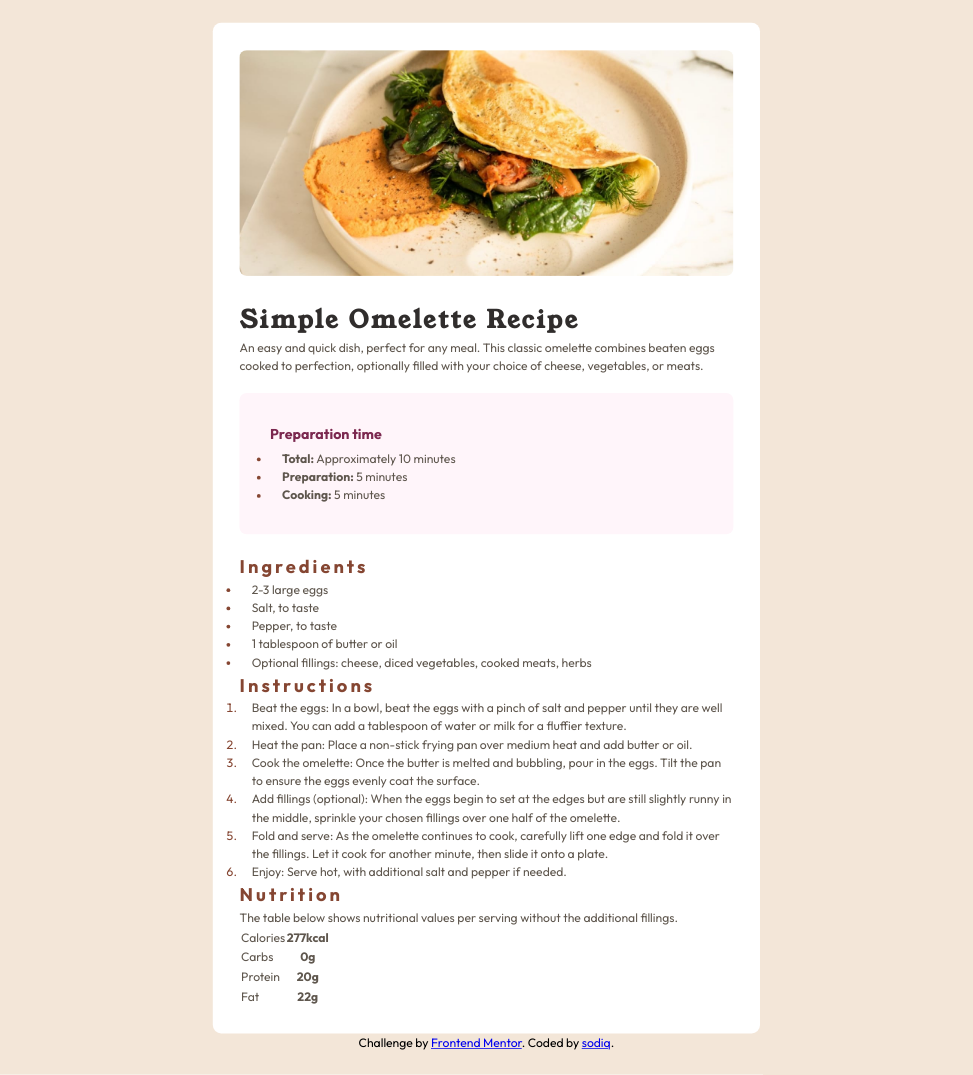
Repository: sodmaq/recipe-page-
Page: index.html
An editor plug-in stored every save of this project. The page is shown before and after the next save, followed by the edit.
The browser window is 1280 px wide. The pictures show the whole page, at 76% of full size.

Above is the page before, as saved 2024-09-08 04:34:03.

After the next save:
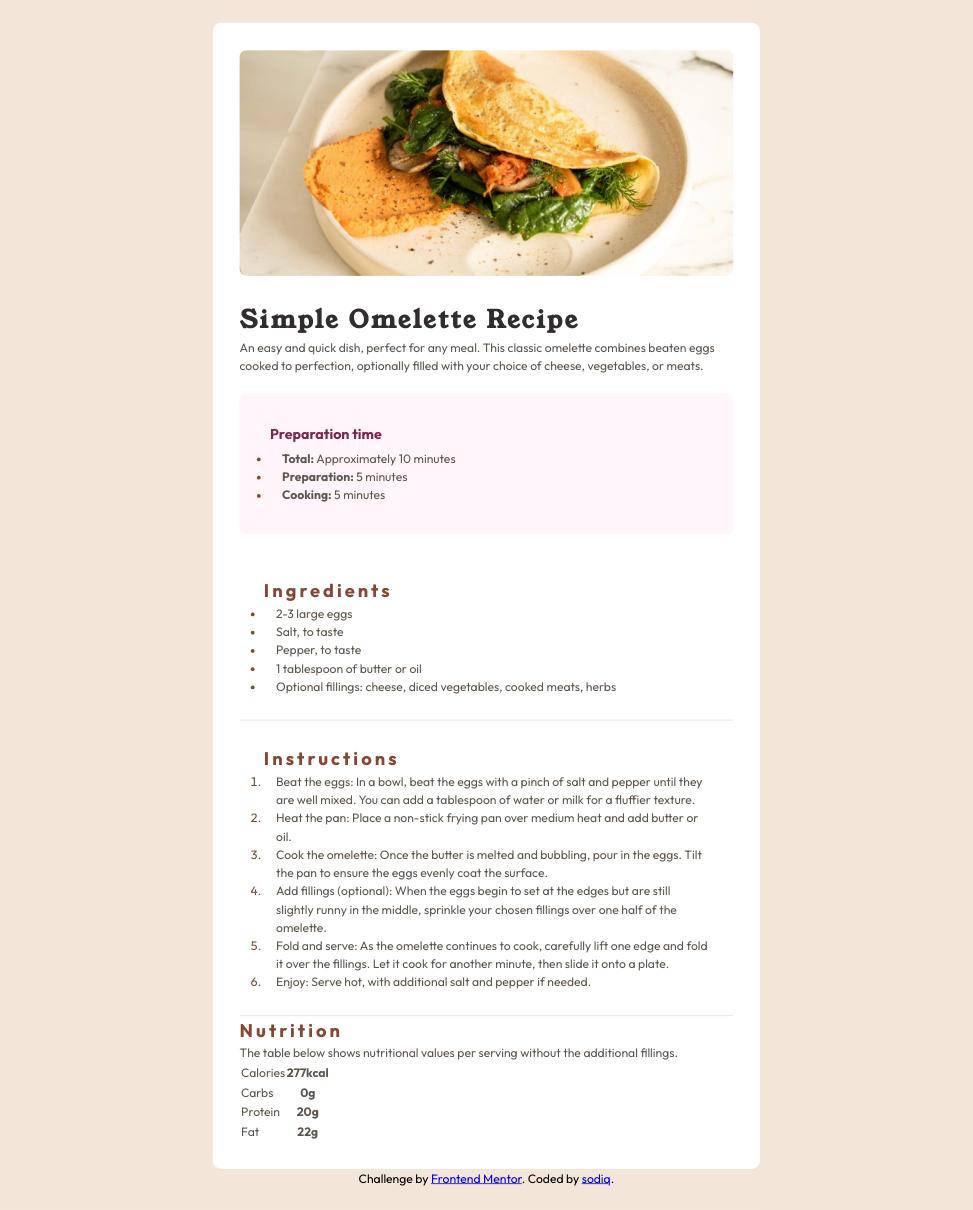
Saved 29 s later.
--- a/style.css
+++ b/style.css
@@ -94,3 +94,9 @@ ol li {
 li::marker {
   color: var(--Nutmeg-color);
 }
+
+.ingredients,
+.instructions {
+  border-bottom: 1px solid var(--Light-Grey);
+  padding: 2rem;
+}
